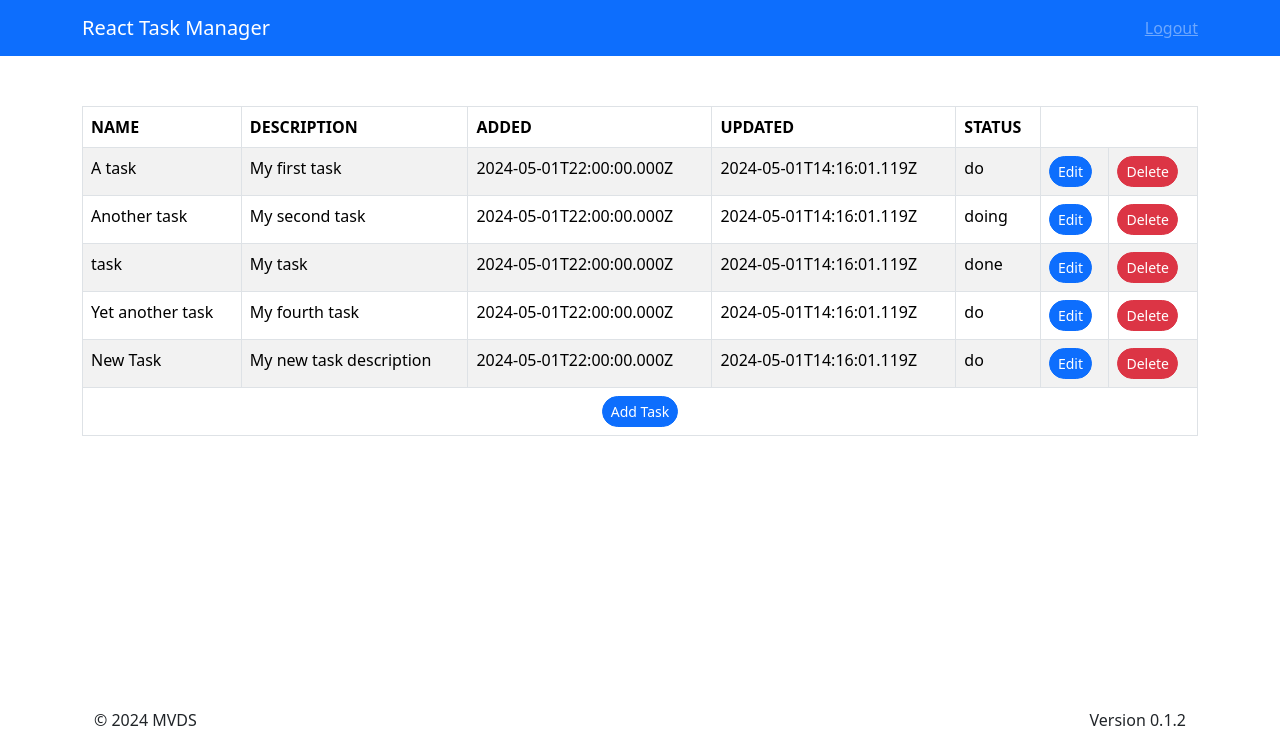
Repository: trider/react-task-manager
Page: /#/tasks
These files come from the project's save history. The page is drawn as it stood at one moment and after the next save; the edit follows.
The browser window is 1280 px wide. The pictures show the whole page.
The project was rebuilt for these pictures with package versions that can differ from the ones it lists, and the page was loaded fresh each time. Also part of the build but not shown: src/App.css, src/data/_Users.js, src/pages/Login.js, src/components/Modal.js.

Above is the page before, as saved 2024-05-10 09:31:10.

### src/App.js
// import logo from './logo.svg';
import './App.css';
import 'bootstrap/dist/css/bootstrap.min.css';
// import { BrowserRouter, Routes, Route } from "react-router-dom";
import {HashRouter as Router, Routes, Route} from "react-router-dom";
import LoginForm from "./pages/Login";
import TaskList from "./pages/Task";

// const path = process.env.REACT_APP_FOR_PATH;

function App() {
  return (
    <div>
      <Router baseline="/">
        <Routes>
          <Route index element={<LoginForm />} />
            <Route path="login" element={<LoginForm />} />
            <Route path="tasks" element={<TaskList />} />
        </Routes>
      </Router>
    </div>
  );
}

export default App;

### src/pages/Task.js
import * as React from 'react';

import { useState } from 'react';
import { useReducer } from 'react';

import Table from 'react-bootstrap/Table';
import Container from 'react-bootstrap/Container';
import Button from 'react-bootstrap/Button';
import Form from 'react-bootstrap/Form';

import NavbarComponent from '../components/Navigation';
import Footer from '../components/Footer';
import ModalComponent from '../components/Modal';

import userTasks from '../data/_Tasks';
import tableCols from '../data/_Cols';
import tasksReducer from '../_Reducers/tasksReducer';

const states = ['do', 'doing', 'done'];




const TaskTable = () => {

  const [tasks, dispatch] = useReducer(tasksReducer, userTasks);
  const [taskName, setTaskName] = useState("A Task");
  const [taskDescription, setTaskDescription] = useState("Task Description");
  const [dateAdded, setDateAdded] = useState(new Date().toISOString());
  const [dateUpdated, setDateUpdated] = useState(new Date().toISOString());
  const [taskStatus, setTaskStatus] = useState("do");
  const [isAdd, setIsAdd] = useState(false);





  const addTask = (task) => {
    setDateAdded(new Date().toISOString());
    setDateUpdated(new Date().toISOString());
    setTaskStatus('do');
    setIsAdd(false);
    dispatch({
      type: 'added',
      task: task,
    });
  }

  const editTask = (task) => {
    task.isEdit = true;
    setIsAdd(false);
    dispatch({
      type: 'edit',
      task: task,
    });
    setIsAdd(false);


  }

  const getButton = (task) => {

    if (task.isEdit) {
      return <Button variant="primary rounded-pill" size='sm' onClick={(e) => updateTask(task)}>
        Update
      </Button>
    }
    else {
      return <Button variant="primary rounded-pill" size='sm' onClick={(e) => editTask(task)}>
        Edit
      </Button>
    }

  }

  const updateTask = (task) => {

    task.isEdit = false;
    task.name = taskName;
    tasks.description = taskDescription
    task.status = taskStatus
    task.updated = new Date().toISOString();



    dispatch({
      type: 'changed',
      task: task,
    });


    setIsAdd(false);



  }

  const deleteTask = (task) => {
    dispatch({
      type: 'deleted',
      task: task,
    });
  }

  const getTask = (task, col) => {
    if (task.isEdit) {
      if (col === 'name') {
        return <Form.Control
          type="text"
          value={taskName}
          onChange={(e) => setTaskName(e.target.value)}
        />
      }
      else if (col === 'description') {
        return <Form.Control
          type="text"
          value={taskDescription}
          onChange={(e) => setTaskDescription(e.target.value)}
        />
      }
      else if (col === 'status') {
        return <Form.Select  onChange={(e) => setTaskStatus(e.target.value)}>
          {states.map((state) => (  <option key={state} value={state}>{state}</option>))}
        </Form.Select>
      }
      else {
        return task[col]
      }


    }
    else {
      return task[col]
    }


  }



  const showTableBody = () => {

    if (isAdd) {

      return <tbody>

        <tr>
          <td>
            <Form.Control
              type="text"
              value={taskName}
              onChange={(e) => setTaskName(e.target.value)}
            />
          </td>
          <td>
            <Form.Control
              type="text"
              value={taskDescription}
              onChange={(e) => setTaskDescription(e.target.value)}

            />
          </td>
          <td>
            {dateAdded}
          </td>
          <td>
            {dateUpdated}
          </td>
          <td>
            do
          </td>

          <td colSpan='2'>
            <div className="d-grid gap-2 d-md-flex justify-content-md-center">

              <Button variant="primary rounded-pill" size='sm' onClick={(e) => addTask({
                name: taskName,
                description: taskDescription,
                user: 'jonnygold',
                status: 'do',
                taskId: tasks.length + 1,
                added: new Date().toISOString(),
                updated: new Date().toISOString(),
                isActive: true,
                isEdit: false
              })}>
                Add
              </Button>
            </div>
          </td>
        </tr>



      </tbody>



    }
    else {
      return <tbody>
        {tasks.map((task) => (
          <tr key={task.id}>
            {tableCols.map((col) => (
              <td key={col}>

                {getTask(task, col)}

              </td>
            ))}

            <td>
              {getButton(task)}
            </td>
            <td>
              <Button variant="danger rounded-pill" size='sm' onClick={(e) => deleteTask(task)}>
                Delete
              </Button>
            </td>
          </tr>
        ))}



        <tr>

          <td colSpan={tableCols.length + 2} style={{ backgroundColor: "white" }}>
            <div className="d-grid gap-2 d-md-flex justify-content-md-center">
              <Button variant="primary rounded-pill" size='sm' onClick={(e) => setIsAdd(!isAdd)}>
                Add Task
              </Button>
            </div>
          </td>
        </tr>
      </tbody>

    }


  }






  return (
    <div >
      <Table striped bordered hover size="lg">
        <thead>
          <tr>
            {tableCols.map((col) => (
              <th key={col}>{col.toUpperCase()}</th>
            ))}
            <th colSpan={"2"}></th>
          </tr>
        </thead>

        {showTableBody()}

      </Table>




    </div>
  );
}


const TaskList = () => {
  return (
    <div>

      <NavbarComponent />
      <Container style={{ marginTop: "50px" }}>

        <div style={{ marginTop: "50px" }}>
          <TaskTable />
        </div>

      </Container>
      <Container style={{ paddingTop: '20%' }} >
        <Footer />
      </Container>

    </div>
  );
}

export default TaskList;

### src/components/Footer.js
import * as React from 'react';
import Container from 'react-bootstrap/Container';
import Row from 'react-bootstrap/Row';
import Col from 'react-bootstrap/Col';


const Footer = () => {
  return (
    <footer>
      <Container >
      <Row>
        <Col sm={8}>&copy; 2024 MVDS</Col>
        <Col style={{textAlign:"right"}}>Version 0.1.2</Col>
      </Row>
      </Container>
    </footer>
  );
}

export default Footer;

### src/components/Navigation.js
import * as React from 'react';
import Container from 'react-bootstrap/Container';
import Nav from 'react-bootstrap/Nav';
import Navbar from 'react-bootstrap/Navbar';
import {Link as ReactLink} from "react-router-dom";






const NavbarComponent = () => {
  return (
    <Navbar bg="primary" expand="lg" data-bs-theme="dark">
      <Container>
        <Navbar.Brand href="#home">React Task Manager</Navbar.Brand>
        <Navbar.Toggle aria-controls="basic-navbar-nav" />
        <Navbar.Collapse id="basic-navbar-nav">
          <Nav className="me-auto" >
          </Nav>

          <div className='Nav'>
            <ReactLink to="/login">Logout</ReactLink>
          </div>
        </Navbar.Collapse>
      </Container>
    </Navbar>
  );
}



export default NavbarComponent;

### src/data/_Tasks.js
const userTasks= [
 {
   id: "6630ab326e723ac1ea6dce7a",
   description: "My first task",
   name: "A task",
   taskId: 1,
   user: "jonnygold",
   added: "2024-05-01T22:00:00.000Z",
   updated: "2024-05-01T14:16:01.119Z",
   status: "do",
   isActive: true,
   isEdit: false
 },
 {
   id: "6630fe5d6e723ac1ea6dce7e",
   description: "My second task",
   name: "Another task",
   taskId: 2,
   user: "jonnygold",
   added: "2024-05-01T22:00:00.000Z",
   updated:"2024-05-01T14:16:01.119Z",
   status: "doing",
   isActive: true,
   isEdit: false
 },
 {
   id: "6630fe826e723ac1ea6dce7f",
   description: "My task",
   name: "task",
   taskId: 3,
   user: "jonnygold",
   added: "2024-05-01T22:00:00.000Z",
   updated:"2024-05-01T14:16:01.119Z",
   status: "done",
   isActive: true,
   isEdit: false
 },
 {
   id: "6631f17cc4c9b7f5ab3c28c3",
   name: "Yet another task",
   description: "My fourth task",
   user: "jonnygold",
   taskId: 4,
   added: "2024-05-01T22:00:00.000Z",
   updated:"2024-05-01T14:16:01.119Z",
   isActive: true,
   status: "do",
   isEdit: false

 },
 {
   id: "66323f0d54b80929f84ebdd2",
   user: "jonnygold",
   name: "New Task",
   description: "My new task description",
   status: "do",
   taskId: 5,
   added: "2024-05-01T22:00:00.000Z",
   updated:"2024-05-01T14:16:01.119Z",
   isActive: true,
   isEdit: false
 }

]

export default userTasks

### src/data/_Cols.js
const tableCols = [
 'name',
 'description',
 'added',
 'updated',
 'status',
];

export default tableCols

### src/_Reducers/tasksReducer.js
export default function tasksReducer(tasks, action) {
 switch (action.type) {
   case 'added': {
     return [
       ...tasks,
       {
         id: action.id,
         ...action.task,
         done: false,
       },
     ];
   }
   case 'edit': {
    return tasks.map((t) => {
      if (tasks.filter((t) => t.isEdit === true).length < 1) {
            if (t.taskId === action.task.taskId) t = !t.isEdit;
          }
     return t;
    });
  }
   case 'changed': {



     return tasks.map((t) => {
      if (t.taskId === action.task.taskId) return action.task


      return t;

     })






   }
   case 'deleted': {
     return tasks.filter((t) => t.taskId !== action.task.taskId);
   }
   default: {
     throw Error('Unknown action: ' + action.type);
   }
 }
}

Loaded but not shown: public/index.html (common file); src/index.js (common file); src/index.css (common file); src/reportWebVitals.js (common file)

After the next save:
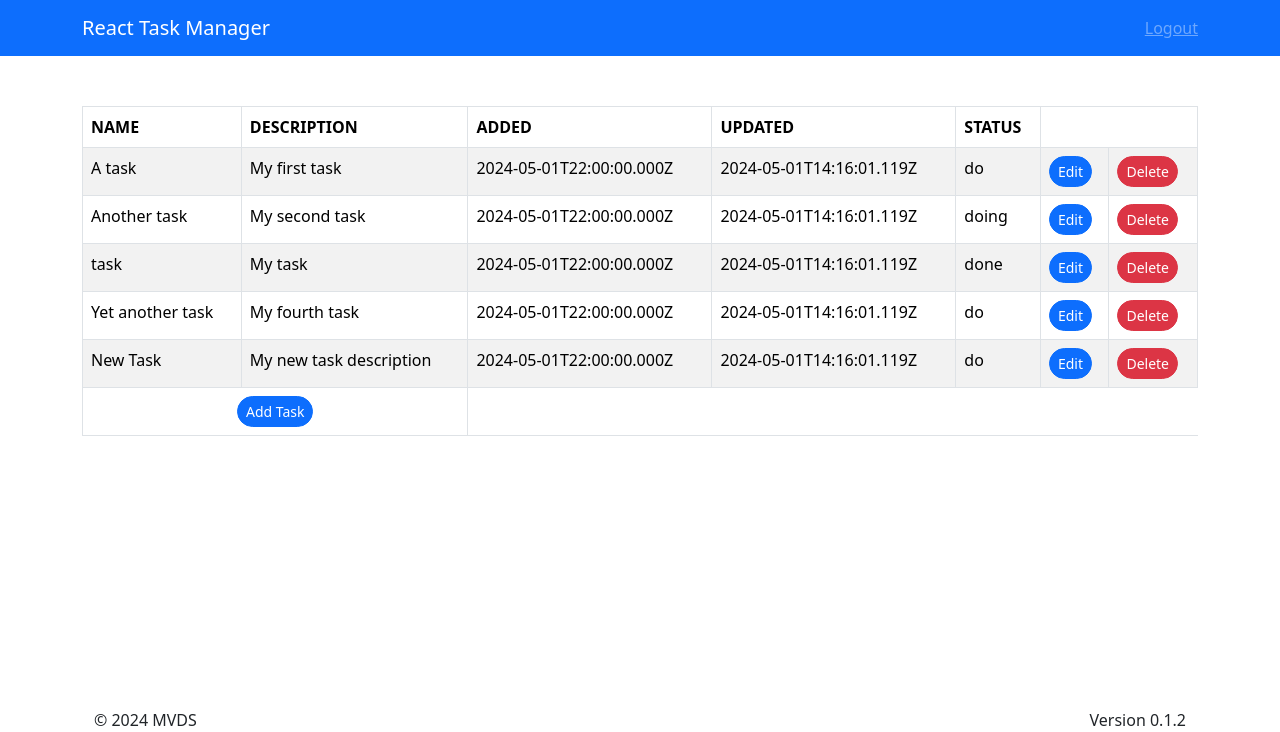
Saved 78 s later.
--- a/src/pages/Task.js
+++ b/src/pages/Task.js
@@ -224,7 +224,7 @@ const TaskTable = () => {
 
         <tr>
 
-          <td colSpan={tableCols.length + 2} style={{ backgroundColor: "white" }}>
+          <td colSpan={tableCols.length/2} style={{ backgroundColor: "white" }}>
             <div className="d-grid gap-2 d-md-flex justify-content-md-center">
               <Button variant="primary rounded-pill" size='sm' onClick={(e) => setIsAdd(!isAdd)}>
                 Add Task
